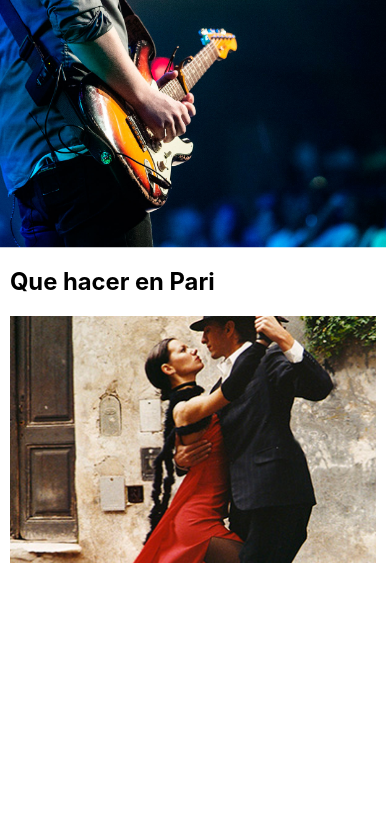
Repository: AleMicky/layout
Screen: /
The author's editor kept a copy of each file at every save. The screen is drawn from the files as they stood at one save, then again after the next save.
The pictures are shown at 99% of full size.
The app was drawn by React Native's web renderer in a window 390 px wide. The project was rebuilt for these pictures with package versions that can differ from the ones it lists, and the page was loaded fresh each time.

Above is the screen before, as saved 2020-06-27 16:21:18.

### App.js
import React from 'react';
import { StyleSheet, View, Image, Text, ScrollView } from 'react-native';


const App = () => {
  return (
    <>
        <View style={{flexDirection:'row'}}>
            <Image  style={styles.banner}
                    source={require('./assets/img/bg.jpg')} />
        </View>
        <View style={styles.contenedor}>
            <Text style={styles.titulo}>Que hacer en Pari</Text>
            <ScrollView horizontal>
                <View>
                  <Image  style={styles.banner}
                          source={require('./assets/img/actividad1.jpg')} />
                </View>
                <View>
                  <Image  style={styles.banner}
                          source={require('./assets/img/actividad2.jpg')} />
                </View>
                <View>
                  <Image  style={styles.banner}
                          source={require('./assets/img/actividad3.jpg')} />
                </View>
                <View>
                  <Image  style={styles.banner}
                          source={require('./assets/img/actividad4.jpg')} />
                </View>
                <View>
                  <Image  style={styles.banner}
                          source={require('./assets/img/actividad5.jpg')} />
                </View>
            </ScrollView>
        </View>
    </>
  );
};

const styles = StyleSheet.create({
  banner:{
    height:250,
    flex:1
  },
  titulo:{
    fontWeight:'bold',
    fontSize:24,
    marginVertical:20
  },
  contenedor:{
    marginHorizontal: 10
  }
});

export default App;

After the next save:
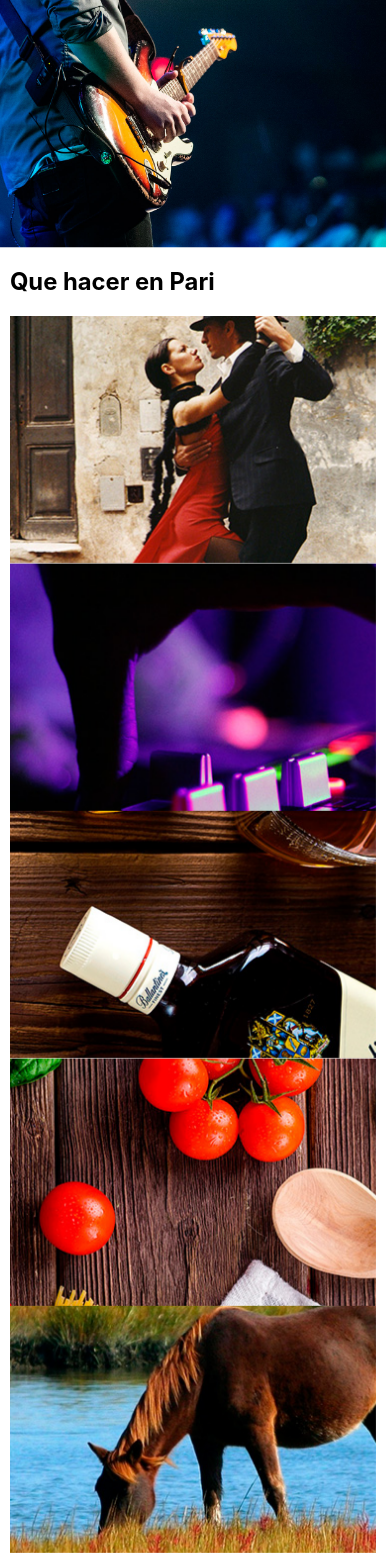
Saved 33 s later.
--- a/App.js
+++ b/App.js
@@ -11,7 +11,7 @@
         </View>
         <View style={styles.contenedor}>
             <Text style={styles.titulo}>Que hacer en Pari</Text>
-            <ScrollView horizontal>
+            <ScrollView >
                 <View>
                   <Image  style={styles.banner}
                           source={require('./assets/img/actividad1.jpg')} />

After the save that followed:
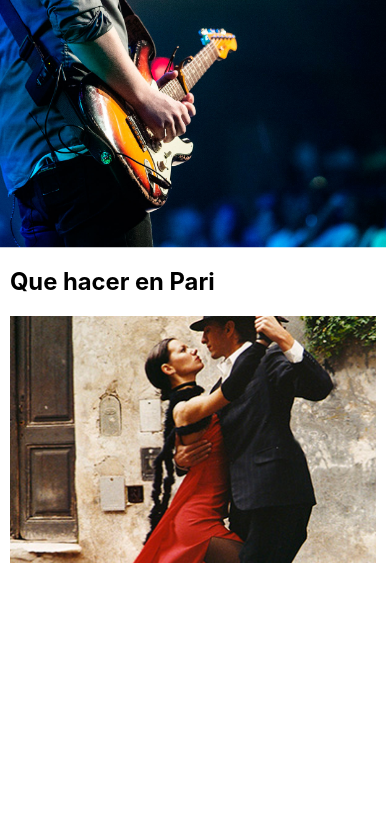
Saved 29 s later.
--- a/App.js
+++ b/App.js
@@ -11,7 +11,9 @@
         </View>
         <View style={styles.contenedor}>
             <Text style={styles.titulo}>Que hacer en Pari</Text>
-            <ScrollView >
+            <ScrollView
+              horizontal={true}
+            >
                 <View>
                   <Image  style={styles.banner}
                           source={require('./assets/img/actividad1.jpg')} />
